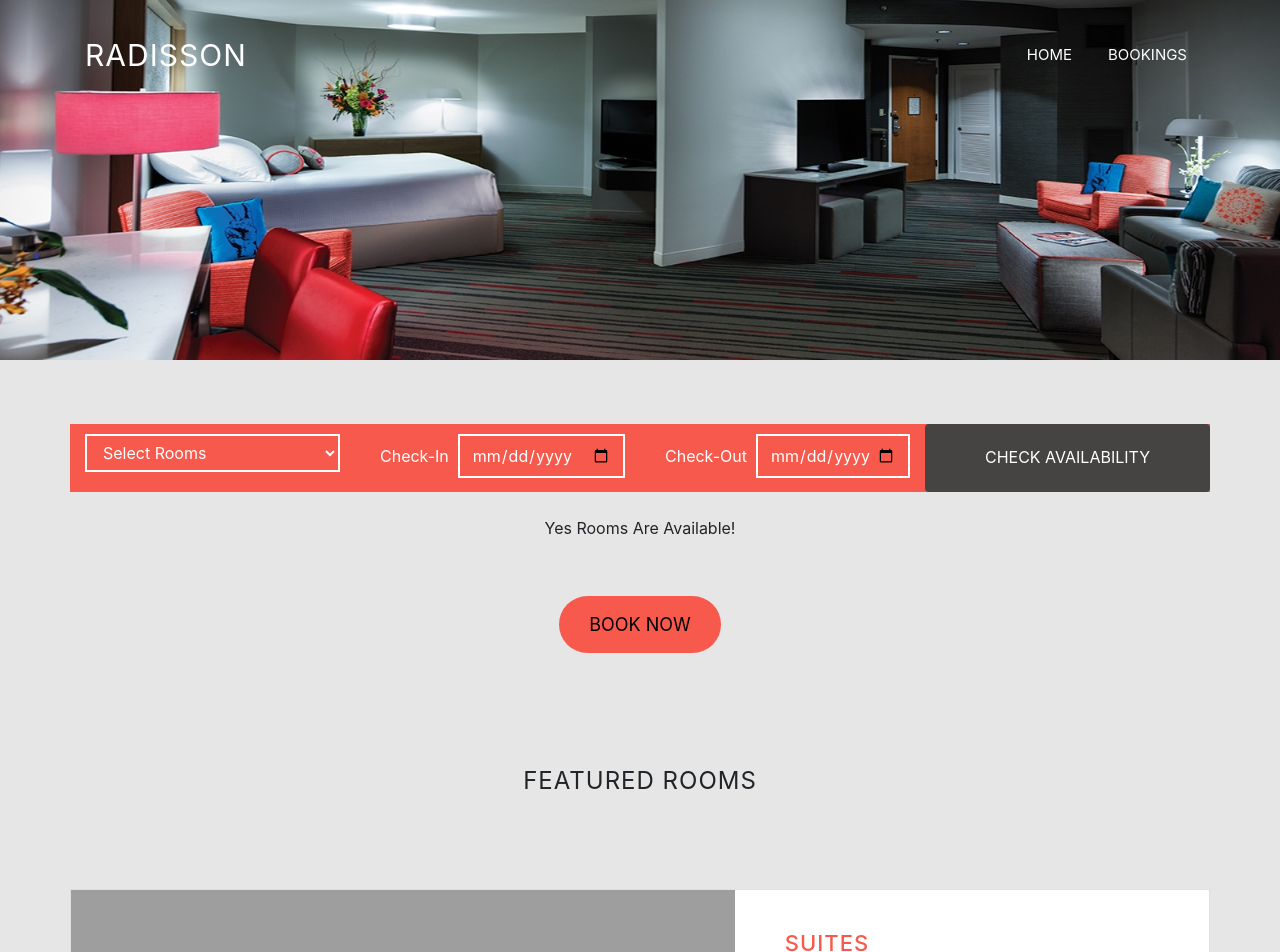
Repository: kapsky5/HotelManagement
Page: rooms.html
These files come from the project's save history. The page is drawn as it stood at one moment and after the next save; the edit follows.
The browser window is 1280 px wide. The pictures show the part of the page from y = 0 to 952 px (the page is 2257 px tall).
Pictures or frames that could not be fetched are drawn as grey boxes. Some web libraries are served in a nearby version.

Above is the page before, as saved 2019-11-07 03:05:57.

### rooms.html
<!DOCTYPE html>
<html lang="en">
<head>
    <meta charset="UTF-8">
    <meta name="viewport" content="width=device-width, initial-scale=1.0">
    <meta http-equiv="X-UA-Compatible" content="ie=edge">
    <title>RADISSON BLU</title>
    <link rel="stylesheet" href="css/main.css">
    <link rel="stylesheet" href="https://maxcdn.bootstrapcdn.com/bootstrap/4.0.0/css/bootstrap.min.css" integrity="sha384-Gn5384xqQ1aoWXA+058RXPxPg6fy4IWvTNh0E263XmFcJlSAwiGgFAW/dAiS6JXm" crossorigin="anonymous">
    <!-- <script src="https://kit.fontawesome.com/82e6195eae.js" crossorigin="anonymous"></script> -->
</head>
<body>

    <nav class="navbar navbar-expand-lg navbar-light fixed-top" id="caro" style="margin-top: 20px;">
        <div class="container">
            <a class="navbar-brand" href="#">RADISSON</a>
            <button class="navbar-toggler" type="button" data-toggle="collapse" data-target="#navbarSupportedContent">
                <span class="navbar-toggler-icon"></span>
            </button>

            <div class="collapse navbar-collapse" id="navbarSupportedContent" >
                <ul class="navbar-nav ml-auto">
                    <li class="nav-item active ">
                        <a class="nav-link" href="./index.html">Home <span class="sr-only">(current)</span></a>
                    </li>
                    <li class="nav-item">
                        <a class="nav-link" href="./rooms.html">Bookings</a>
                    </li>
                </ul>
            </div>
        </div>
    </nav>

    <div>
        <img src="./images/cover1.jpg" class="image">
    </div>

    <div class="containerz">
        <div class="container" style="padding: 0px;">
            <br>
            <div class="row avail">
                <div class="col-md-3" style="padding-top: 10px;">
                    <div class="form-group">
                        <select class="form-control" placeholder="Select-Room">
                            <option>Select Rooms</option>
                            <option>Suites</option>
                            <option>Deluxe Rooms</option>
                            <option>King Rooms</option>
                            <option>Single</option>
                        </select>
                    </div>
                </div>
                <div class="col-md-3" style="padding-top: 10px;">
                    <div class="input-group">
                        <div class="input-group-prepend" style="padding: 10px;">
                            <span>Check-In</span>
                        </div>
                        <input class="form-control" type="date" id="from">
                    </div>
                </div>
                <div class="col-md-3" style="padding-top: 10px;">
                    <div class="input-group">
                        <div class="input-group-prepend" style="padding: 10px;" >
                            <span>Check-Out</span>
                        </div>
                        <input class="form-control" type="date" id="to">
                    </div>
                </div>
                <button class="col-md-3 btn btn-default" style="background-color: #464343; padding-top: 20px;" type="submit">
                    <div class="text-center" style="color: white;">
                        <p>CHECK AVAILABILITY</p>
                    </div>
                </button>
            </div>

            <div class="text-center result">
                <br>
                <p>Yes Rooms Are Available!</p>
                <button class="btn btn-default">Book Now</button>
            </div>

            <div class="text-center" style="padding: 70px 0 50px 0;">
                <p class="heading1">Featured rooms</p>
            </div>
            <br>
            <div class="card">
                <div class="card-body">
                    <div class="row">
                        <div class="col-md-7 imgx">
                            <img class="room-img" src="images/suite.jpg">
                        </div>
                        <div class="col-md-5 dpt" >
                            <h3 class="head-room">Suites</h3>
                            <br>
                            <p>Pellentesque habitant morbi tristique senectus et netus ett mauada fames ac turpis egestas. Etiam euismod tempor leo, in suscipit urna condimentum sed. Vivamus augue enim, consectetur ac interdum a, pulvinar ac massa. Nullam malesuada congue</p>
                            <br>
                            <button class="btn">Book Now</button>
                        </div>
                    </div>
                </div>
            </div>
            <div class="card" style="margin: 40px 0px;">
                <div class="card-body">
                    <div class="row">
                        <div class="col-md-6 dpt">
                            <h3 class="head-room">King rooms</h3>
                            <br>
                            <p>Pellentesque habitant morbi tristique senectus et netus ett mauada fames ac turpis egestas. Etiam euismod tempor leo, in suscipit urna condimentum sed. Vivamus augue enim, consectetur ac interdum a, pulvinar ac massa. Nullam malesuada congue</p>
                            <br>
                            <button class="btn">Book Now</button>
                        </div>
                        <div class="col-md-6 imgx">
                            <img class="room-img" src="images/suite.jpg">
                        </div>
                    </div>
                </div>
            </div>
            <div class="card" >
                <div class="card-body">
                    <div class="row">
                        <div class="col-md-3 imgx">
                            <img class="room-img" src="images/suite.jpg">
                        </div>
                        <div class="col-md-3 dpts" >
                            <h3 class="head-room">Single</h3>
                            <br>
                            <p>Pellentesque habitant morbi tristique senectus et netus ett mauada fames ac turpis egestas. Etiam euismod tempor leo, in suscipit urna condimentum sed.</p>
                            <br>
                            <button class="btn">Book Now</button>
                        </div>
                        <div class="col-md-3 imgx   ">
                            <img class="room-img" src="images/suite.jpg">
                        </div>
                        <div class="col-md-3 dpts">
                            <h3 class="head-room">Suite</h3>
                            <br>
                            <p>Pellentesque habitant morbi tristique senectus et netus ett mauada fames ac turpis egestas. Etiam euismod tempor leo, in suscipit urna condimentum sed.</p>
                            <br>
                            <button class="btn">Book Now</button>
                        </div>
                    </div>
                </div>
            </div>

        </div>
    </div>

    <script src="https://code.jquery.com/jquery-3.2.1.slim.min.js" integrity="sha384-KJ3o2DKtIkvYIK3UENzmM7KCkRr/rE9/Qpg6aAZGJwFDMVNA/GpGFF93hXpG5KkN" crossorigin="anonymous"></script>
    <script src="https://cdnjs.cloudflare.com/ajax/libs/popper.js/1.12.9/umd/popper.min.js" integrity="sha384-ApNbgh9B+Y1QKtv3Rn7W3mgPxhU9K/ScQsAP7hUibX39j7fakFPskvXusvfa0b4Q" crossorigin="anonymous"></script>
    <script src="https://maxcdn.bootstrapcdn.com/bootstrap/4.0.0/js/bootstrap.min.js" integrity="sha384-JZR6Spejh4U02d8jOt6vLEHfe/JQGiRRSQQxSfFWpi1MquVdAyjUar5+76PVCmYl" crossorigin="anonymous"></script>
</body>
</html>

<!--
<div class="image" style="background-image:url(assets/images/hotel_feture_1.jpg);">
    <div class="descrip text-center">
      <p><small>For as low as</small><span>$100/night</span></p>
    </div>
  </div> -->

### css/main.css
.fixed-top{
    position: absolute !important;
}
.carousel-item{
    height: 100vh;
    min-height: 300px;
    background: no-repeat center center scroll;
    -webkit-baackground-size: cover;
    background-size: cover;
    position: absolute;
}
.carousel-caption {
    top: 40% !important;
}
.carousel-caption h5{
    color: #ffffff;
    text-transform: uppercase;
    font-size: 35px;
    letter-spacing: 2px;
    margin-top:25px;
}
.navbar-light .nav-link{
    text-transform: uppercase;
    color: #ffffff !important;
    font-size: 15px;
    margin-left: 20px;
}
.navbar-light .navbar-brand{
    color: #ffffff !important;
    font-size: 30px;
    letter-spacing: 1px;
}
.nav-link:active, .nav-link:hover {
    color: #F75A4C !important;
}
.carousel-caption .btn {
    margin: 40px 20px;
    padding: 15px 30px;
    border-radius: 40px;
    background: #F75A4C;
    border: none;
    text-transform: uppercase;
    font-size: 18px;
}
.carousel-caption .btn:hover{
    background: #454244;
}
.fac{
    margin: 0 auto;
    font-size: 25px;
    letter-spacing: 1px;
}
.tabx h6{
    font-weight: 600 !important;
}
.nav-item.nav-link{
    color: rgb(192, 192, 192);
}
.nav-item.nav-link.active{
    color: #F75A4C !important;
    background-color: #ffffff !important;
}
#tabs .nav > a{
    border-radius: 0px;
    padding: 40px 1rem;
    border-bottom: 1px solid rgb(192, 192, 192);
}
#tabs .nav > a.active{
    border-bottom: 1px solid #F75A4C;
}
.containerx{
    padding: 40px;
}
.containerx p{
    font-size: 18px;
    line-height: 1.8;
    color: #848484;
}
.tabImg{
    max-width: 100%;
    height: 550px;
}
.heading{
    color: #F75A4C;
    text-transform: uppercase;
    margin-bottom: 20px;
}
.sub-heading{
    margin-top: 20px;
    font-size: 16px;
    color: rgb(192, 192, 192);
}
.foot{
    margin-top: 50px;
    background-color: #E6E6E6;
}
.rowinfoot{
    padding: 30px 0px;
}
.foo-head{
    font-size: 20px;
    color: #F75A4C;
    margin: 20px 0;
}
.foo-text{
    font-size: 16px;
    line-height: 1.5;
}
.foo-text li a{
    color: black;
    text-decoration: none;
}
.copyright {
    color: white;
    background: #554f53;
    justify-content: center;
}
.copyright p{
    margin-bottom: 0;
}
.image{
    width: 100%;
    height: 50vh;
}
.containerz{
    background-color: #E6E6E6;
}
.heading1{
    text-transform: uppercase;
    font-size: 24px;
    letter-spacing: 1px;
}
.room-img{
    width: 100%;
    height: 415px;
}
.card{
    border-radius: 0px !important;
}
.card-body{
    padding: 0px !important;
}
.head-room{
    color: #F75A4C;
    font-size: 22px;
    text-transform: uppercase;
    letter-spacing: 1px;
}
.card-body.row.col-md-5, .card-body.row.col-md-7, .card-body.row.col-md-6, .card-body.row.col-md-3{
    padding: 0px !important;
}

.containerz .imgx, .containerz .imgx{
    padding: 0px !important;
}
.dpt, .dpts{
    padding: 40px 50px !important;
}
.dpt p{
    font-size: 18px;
    line-height: 1.8;
    color: #848484;
}
.dpts p{
    font-size: 16px;
    line-height: 1.5;
    color: #848484;
}
.row{
    margin: 0px !important;
}
.card .btn{
    padding: 10px 30px;
    border-radius: 0px;
    background: #F75A4C;
    border: none;
    text-transform: uppercase;
    font-size: 18px;
}
.avail{
    color: white;
    margin-top: 40px !important;
    background-color: #F75A4C;
    padding: auto auto;
}
.form-control{
    background-color: #F75A4C !important;
    color: white !important;
    border-radius: 0 !important;
    border: 2px solid white !important;
}
input[type=date]::-webkit-inner-spin-button {
    -webkit-appearance: none;
    display: none;
}
.result .btn{
    margin: 40px 10px;
    padding: 15px 30px;
    border-radius: 40px;
    background: #F75A4C;
    border: none;
    text-transform: uppercase;
    font-size: 18px;
}

After the next save:
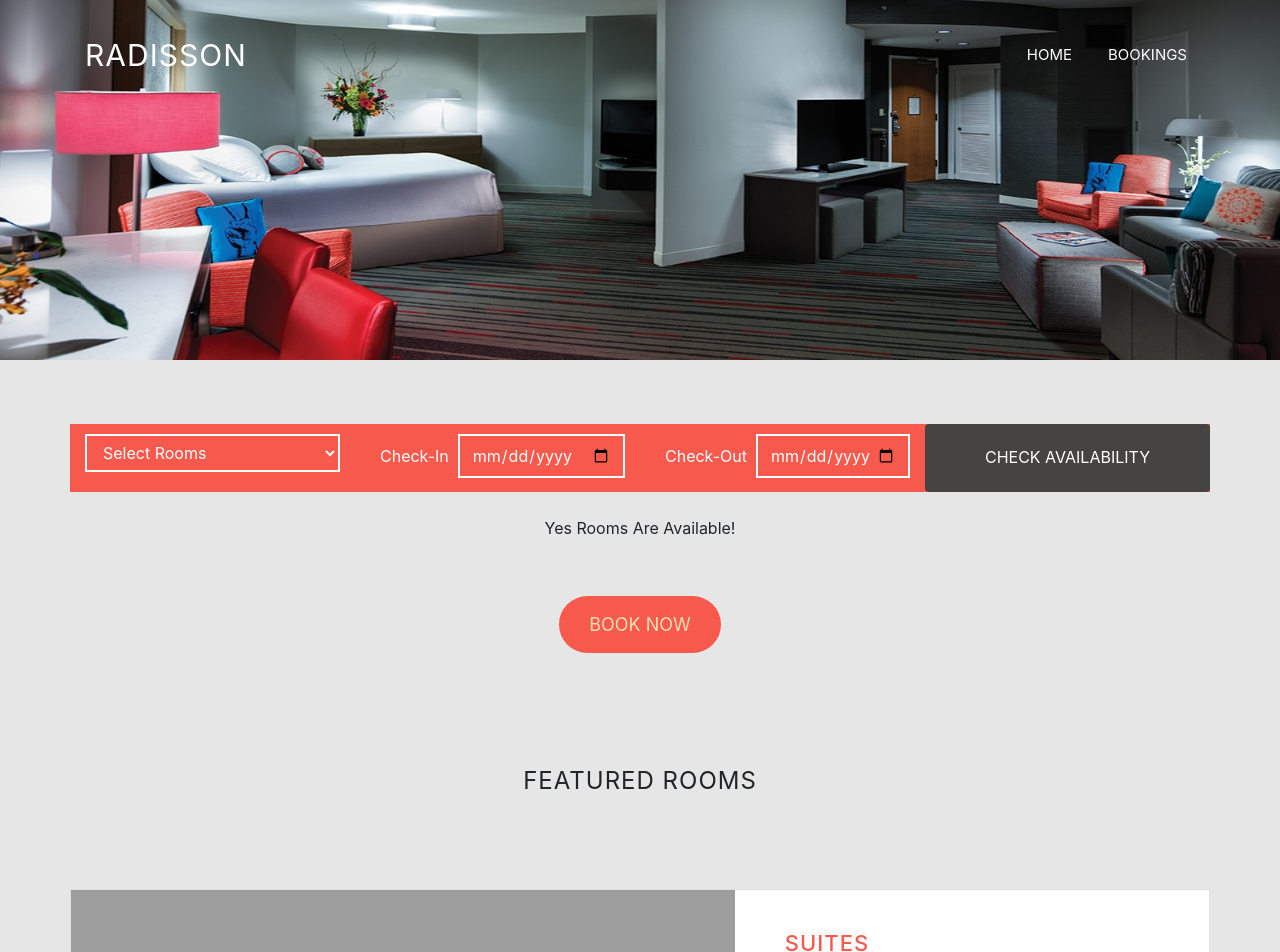
Saved 18 s later.
--- a/rooms.html
+++ b/rooms.html
@@ -76,7 +76,7 @@
             <div class="text-center result">
                 <br>
                 <p>Yes Rooms Are Available!</p>
-                <button class="btn btn-default">Book Now</button>
+                <button class="btn btn-default" style="color: wheat">Book Now</button>
             </div>
 
             <div class="text-center" style="padding: 70px 0 50px 0;">
